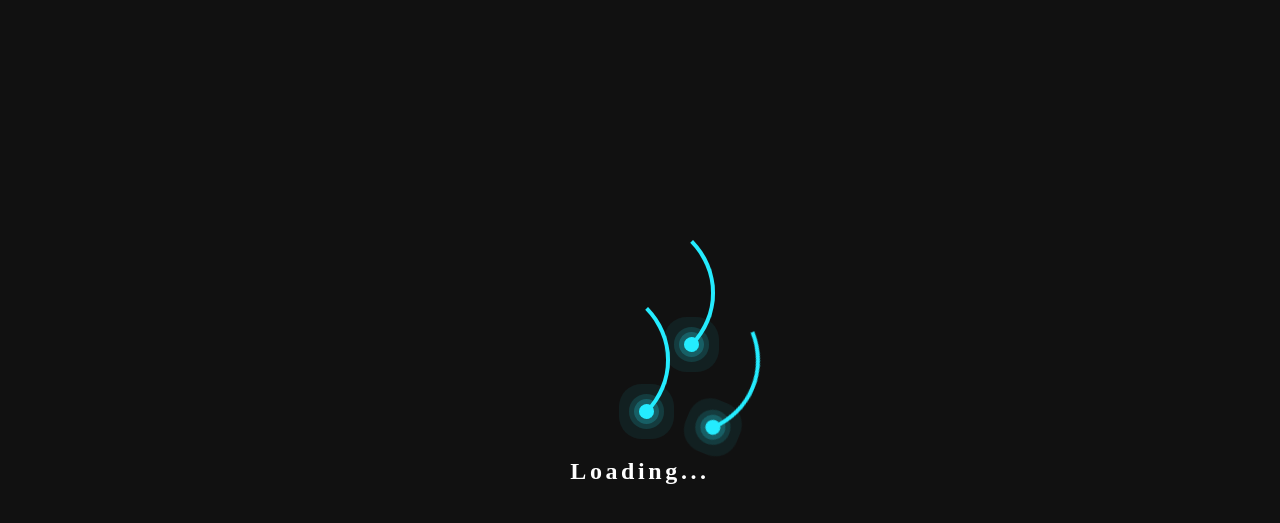
Repository: kiranjeetkaur01/csseffect.github.io
Page: index.html
These files come from the project's save history. The page is drawn as it stood at one moment and after the next save; the edit follows.
The browser window is 1280 px wide. The pictures show the whole page.

Above is the page before, as saved 2023-09-08 12:04:29.

### index.html
<!DOCTYPE html>
<html lang="en">
<head>
    <meta charset="UTF-8">
    <meta name="viewport" content="width=device-width, initial-scale=1.0">
    <title>CSS Animation Effets</title>
    <link rel="stylesheet" href="style.css">
</head>
<body>
    <div class="container">
        <div class="ring">

        </div>
        <div class="ring">

        </div>
        <div class="ring">

        </div>
        <p>Loading...</p>
    </div>
</body>
</html>

### style.css
*{
    margin: 0;
    padding: 0;
    box-sizing: border-box;
}

body,html{
    display: flex;
    align-items: center;
    justify-content: center;
    min-height: 100vh;
    background: #111;
}
.container{
    position: relative;
    width: 100%;
    display: flex;
    align-items: center;
    justify-content: center;
}
.container .ring{
    position: relative;
    width: 150px;
    height: 150px;
    margin: -30px;
    border: 4px solid transparent;
    border-radius: 50%;
    border-top: 4px solid #24ecff;
    animation: animate 4s linear infinite;
}
@keyframes animate {
    0%{
        transform: rotate(0deg);
    }
    100%{
        transform: rotate(360deg);
    }
}
.container .ring::before{
    position: absolute;
    content: "";
    top: 12px;
    right: 12px;
    border-radius: 50%;
    width: 15px;
    height: 15px;
    background: #24ecff;
    box-shadow: 0 0 0 5px #24ecff33,
    0 0 0 10px #24ecff22,
    0 0 0 20px #24ecff11;
}
.container .ring:nth-child(3){
    position: absolute;
    top: -66.6px;

}
.container .ring:nth-child(2){
animation: animate2 4s linear infinite;
}

@keyframes animate2 {
    0%{
        transform: rotate(30deg);
    }
    100%{
        transform: rotate(360deg);
    }
}
.container .ring:nth-child(1){

}
.container p{
    position: absolute;
    color: #fff;
    font-size: 1.5em;
    font-family: gilroy;
    bottom: -80px;
    font-weight: 600;
    letter-spacing: 0.15em;


}

After the next save:
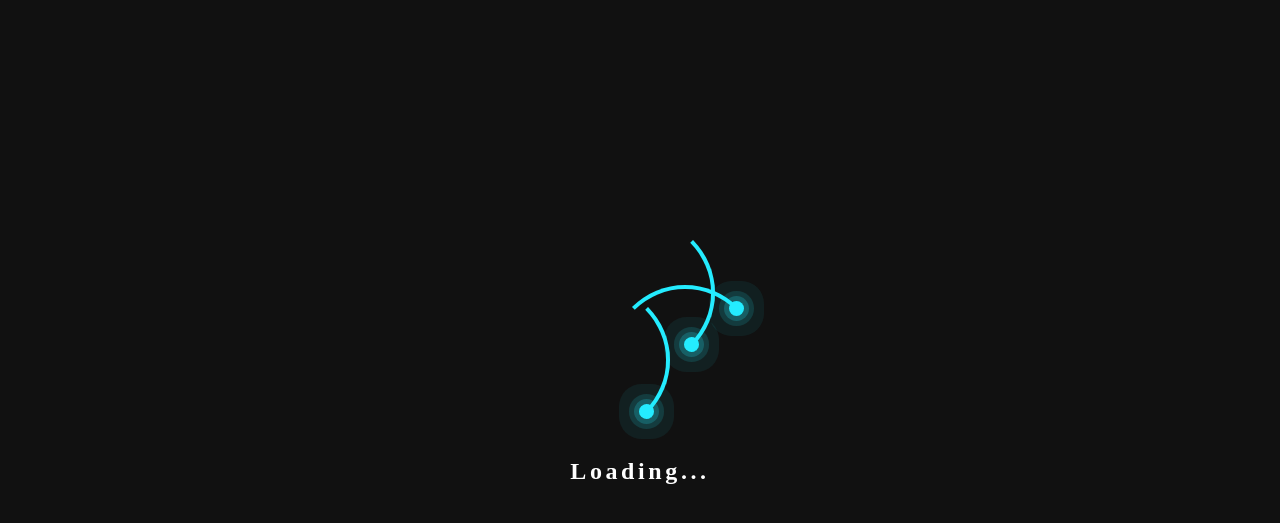
Saved 4 s later.
--- a/style.css
+++ b/style.css
@@ -60,7 +60,7 @@
 
 @keyframes animate2 {
     0%{
-        transform: rotate(30deg);
+        transform: rotate(360deg);
     }
     100%{
         transform: rotate(360deg);
